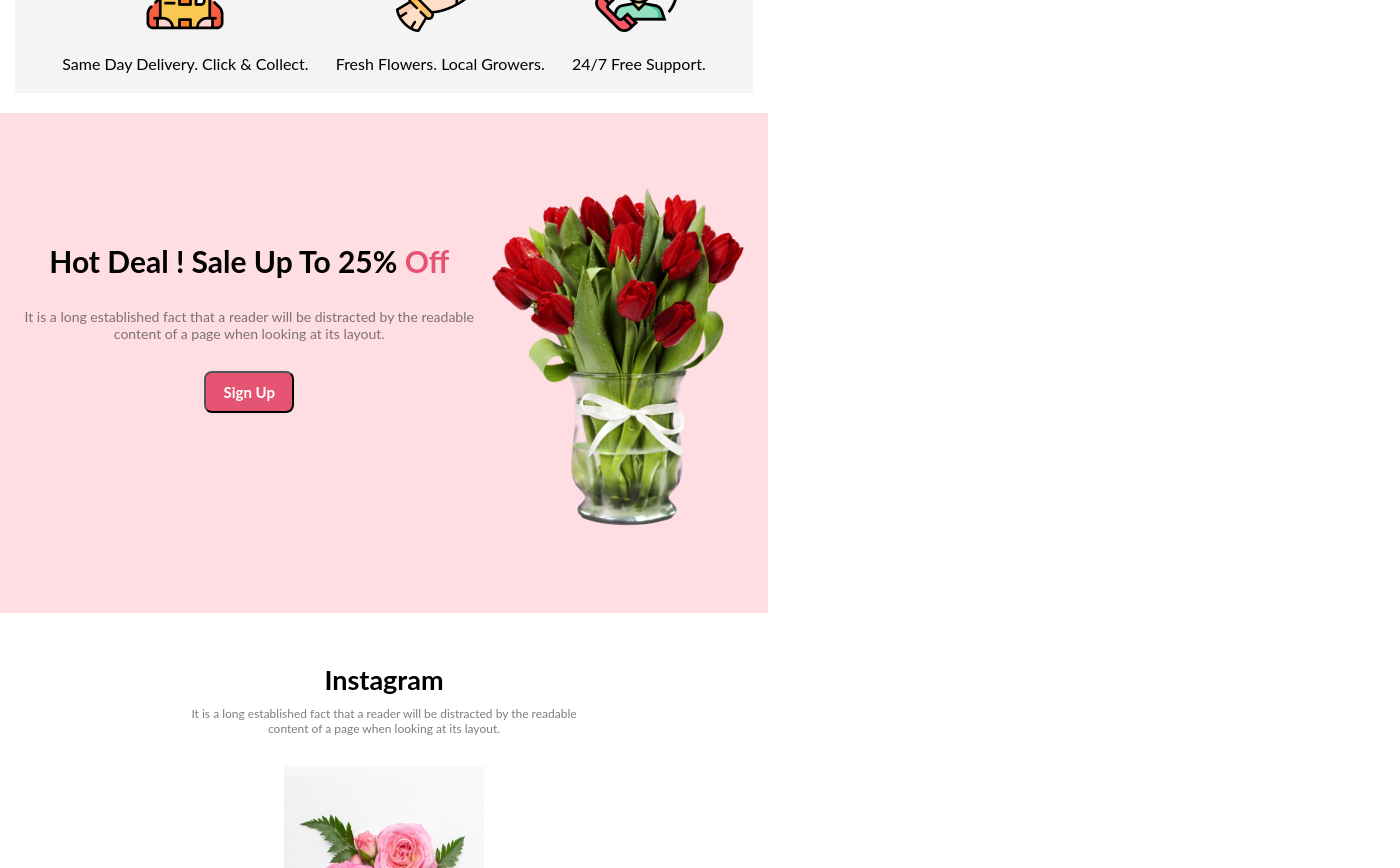
Repository: sadiaafsana138/Flower-Shop_Responsive
Page: index.html
The author's editor kept a copy of each file at every save. The page is drawn from the files as they stood at one save, then again after the next save.
The browser window is 768 px wide. The page is 1400 px wide, so the pictures cover 1400 px, including what lies to the right of the window. The pictures show the part of the page from y = 1914 to 2782 px (the page is 4954 px tall).

Above is the page before, as saved 2023-09-07 05:53:07.

### index.html
<!DOCTYPE html>
<html lang="en">

<head>
    <meta charset="UTF-8">
    <meta name="viewport" content="width=device-width, initial-scale=1.0">
    <title>Flower Shop</title>
    <link rel="stylesheet" href="Flower.css">
</head>
<body>
    <header>
        <section class="Section1">
            <div>
                <div id="HeaderText1">
                    <h1>
                        Let's make<br>beautiful flowers<br>a part of your life.
                    </h1>
                </div>
                <div id="HeaderText2">
                    <p>
                        It is a long established fact that a reader will be distracted by the readable<br>content of a
                        page when looking at its layout. The point of using Lorem Ipsum is<br>that it has a more-or-less
                        normal distribution of letters.
                    </p>
                </div>
                <button class="Main_button">
                    Shop Now
                </button>
            </div>
            <div class="flowerBanner">
                <img src="Images/1.png" alt="Cover image" height="500px" width="400px">
            </div>
        </section>
    </header>
    <main>
        <section class="Section2">
            <div>
                <div id="Section_2_header1">
                    <h1>
                        Our Featured Flowers
                    </h1>
                </div>
                <div>
                    <p id="Section_2_header2">
                        It is a long established fact that a reader will be distracted by the readable<br>content of a
                        page when looking at its layout.
                    </p>
                </div>
            </div>
            <div class="Section_2_pictures">
                <div id="sec2_pic1">
                    <img src="Images/2.png" alt="" height="250px" width="180px">
                    <br>
                    <br>
                    <a href="https://flowersourcebd.com/" target="_blank">
                        Pink flower Tree
                    </a>
                </div>
                <div id="sec2_pic2">
                    <img src="Images/3.png" alt="" height="250px" width="230px">
                    <br>
                    <br>
                    <a href="https://flowersourcebd.com/" target="_blank">
                        Multi flower Tree
                    </a>
                </div>
                <div id="sec2_pic3">
                    <img src="Images/4.png" alt="" height="250px" width="180px">
                    <br>
                    <br>
                    <a href="https://flowersourcebd.com/" target="_blank">
                        Yellow flower Tree
                    </a>
                </div>
            </div>
        </section>
        <section class="Section3">
            <div class="Sec3_pic">
                <div>
                    <img src="Images/5.png" alt="">
                    <br>
                    <br>
                    <p>Same Day Delivery. Click & Collect.</p>
                </div>
                <div>
                    <img src="Images/6.png" alt="">
                    <br>
                    <br>
                    <p>Fresh Flowers. Local Growers.</p>
                </div>
                <div>
                    <img src="Images/7.png" alt="">
                    <br>
                    <br>
                    <p>24/7 Free Support.</p>
                </div>
            </div>
        </section>
        <section class="Section4">
            <div>
                <div id="Sec4_text1">
                    <h1>
                        Hot Deal ! Sale Up To 25% <span id="off_color">Off</span>
                    </h1>
                </div>
                <br>
                <div id="Sec4_text2">
                    <p>
                        It is a long established fact that a reader will be distracted by the readable<br>content of a page when looking at its layout.
                    </p>
                </div>
                <br>
                <button class="Main_button">
                    Sign Up
                </button>
            </div>
            <div id="sec4_vas">
                <img src="Images/8.png" alt="" height="380px" width="300px">
            </div>
        </section>
        <section class="Section5">
            <div>
                <div id="Section_2_header1">
                    <h1>
                        Instagram
                    </h1>
                </div>
                <div>
                    <p id="Section_2_header2">
                        It is a long established fact that a reader will be distracted by the readable<br>content of a
                        page when looking at its layout.
                    </p>
                </div>
            </div>
            <div class="Section_2_pictures">
                <div>
                    <img src="Images/9.png" alt="" height="250px" width="200px">
                </div>
                <div>
                    <img src="Images/10.png" alt="" height="250px" width="200px">
                </div>
                <div>
                    <img src="Images/11.png" alt="" height="250px" width="200px">
                </div>
                <div>
                    <img src="Images/12.png" alt="" height="250px" width="200px">
                </div>
            </div>
        </section>
        <section class="Section6">
            <div>
                <img src="Images/14.png" alt="" height="320px" width="700px">
                <br>
                <button class="ways">
                    See more
                </button>
            </div>
            <div>
                <img src="Images/15.png" alt="" height="320px" width="700px">
                <br>
                <input type="text" placeholder="Write your meessage here" size="50">
                <button class="message">
                    Submit
                </button>
            </div>
        </section>
        <section class="Section7">
            <div class="Sec7">
                <div id="Section_2_header1">
                    <h1>
                        Get The Latest Deals
                    </h1>
                </div>
                <div>
                    <p id="Section_2_header2">
                        $30 coupon for first shopping
                    </p>
                </div>
                <div>
                    <input type="email" placeholder="Input your Email Id here" size="50">
                <button class="message">
                    Subscribe
                </button>
                </div>
            </div>
        </section>
    </main>
    <footer>
        <section class="Section8">
            <div>
                <div id="Sec4_text1">
                    <h1>
                        <span id="off_color">Flower</span><span class="white_color">Shop</span>
                    </h1>
                </div>
                <br>
                <div id="Sec4_text2">
                    <p class="white_color">
                        It is a long established fact that a reader will be distracted by the readable<br>content of a page when looking at its layout.
                    </p>
                    <br>
                    <p id="assh">
                        @2020-2023, FlowerShop.com. All rights reserved
                    </p>
                </div>
            </div>
        </section>
    </footer>
</body>
</html>

### Flower.css
*{
    margin:0px;
    font-family: Lato;
    font-style: normal;
}
/*Section 1*/
.Section1{
    background-color: rgb(255, 222, 227);
    height:500px;
    width: 100%;
    display: flex;
    justify-content: space-around;
}
#HeaderText1{
    padding: 100px 70px 5px 100px;
    font-size:  25px;
    font-weight: 800;

}
#HeaderText2{
    padding: 10px 0px 5px 100px;
    font-size:  12px;
    font-weight: 400;
    color:rgba(39, 39, 39, 0.60);
}
.Main_button{
    border-radius: 8px;
    background: #E55473;
    color: #FFF;
    font-size: 15px;
    font-weight: 700;
    padding: 10px 17px;
    margin: 10px 0px 0px 100px;
}
/*Section 2*/
#Section_2_header1{
    padding: 50px 0px 10px 0px;
    font-size:  18px;
    font-weight: 800;
    text-align: center;
}
#Section_2_header2{
    font-size:  12px;
    font-weight: 400;
    color:rgba(39, 39, 39, 0.60);
    text-align: center;
}
.Section_2_pictures{
    margin: 30px 150px 0px;
    justify-content: space-around;
    display: flex;
}
#sec2_pic1{
    border-radius: 300px 300px 0px 0px;
    background: rgba(167, 33, 98, 0.15);
    height:250px ;
    width: 230px;
    padding: 80px 30px 0px 30px;
    text-align: center;
}
#sec2_pic2{
    border-radius: 300px 300px 0px 0px;
    background:rgba(5, 151, 160, 0.15);
    height: 250px;
    width: 230px;
    padding: 80px 30px 0px 30px;
    text-align: center;
}
#sec2_pic3{
    border-radius: 300px 300px 0px 0px;
    background: rgba(71, 125, 17, 0.15);
    height: 250px;
    width: 230px;
    padding: 80px 30px 0px 30px;
    text-align: center;

}
/*Section 3*/
.Sec3_pic{
    background: rgba(39, 39, 39, 0.05);
    margin: 100px 185px 0px;
    padding: 50px 0px 30px;
    justify-content: space-around;
    display: flex;
    text-align: center;
}
/* Section 4 */
.Section4{
    margin-top: 50px;
    background-color: rgb(255, 222, 227);
    height:500px;
    width: 100%;
    display: flex;
    justify-content: space-around;
    text-align: center;
}
#Sec4_text1{
    padding: 200px 70px 5px 170px;
    font-size:25px;
    font-weight: 800;
}
#Sec4_text2{
    padding: 10px 0px 0px 100px;
    font-size:  15px;
    font-weight: 400;
    color:rgba(39, 39, 39, 0.60);
}
#off_color{
    color: #E55473;
}
#sec4_vas{
    padding: 100px 120px ;
}
/*section 6 */
.Section6{
    margin-top: 50px;
    background-color: rgb(255, 222, 227);
    height:400px;
    width: 100%;
    display: flex;
    justify-content: space-around;
}
.message{
    border-radius: 8px;
    background: #E55473;
    color: #FFF;
    font-size: 15px;
    font-weight: 700;
    padding: 10px 25px;
    margin: 10px 0px 0px 10px;
}
.ways{
    border-radius: 8px;
    background: #E55473;
    color: #FFF;
    font-size: 15px;
    font-weight: 700;
    padding: 10px 30px;
    margin: 10px 250px ;
}
/*section 7*/
.Section7{
    background-image: url(Images/13.png);
    margin: 100px 185px 0px;
}
.Sec7{
    padding: 50px 0px 30px;
    text-align: center;
}
/*Section 8*/
.Section8{
    margin-top: 50px;
    background-color: rgb(0, 0, 0);
    height:400px;
    width: 100%;
    text-align: center;

}
.white_color{
    color: #FFF;
}
#assh{
    color: rgba(169, 169, 169, 0.589);
}




/*Responsive*/
/*Tab*/
@media screen and (min-width:768px) and (max-width:992px) {
    .Section1{
    height:505px;
    justify-content: space-evenly;
    }
    #HeaderText1{
        padding: 100px 10px 10px 10px;
    }
    #HeaderText2{
        padding: 10px;
    }
    .Main_button{
        margin: 10px 0px 0px 10px;
    }
    .flowerBanner img{
        max-width:100% ;
        height: auto;
    }
    .Section2{
        padding:10px;
    }
    .Section_2_pictures{
        margin: 30px 150px 0px;
        justify-content: space-evenly;
    }
    .Section4{
        margin-top: 20px;
        justify-content: space-evenly;
    }
    #Sec4_text1{
        padding: 130px 0px 5px 10px;
        font-size:20px;
    }
    #Sec4_text2{
        padding: 5px 0px 0px 10px;
        font-size:  14px;
    }
    #sec4_vas{
        padding: 70px 100px ;
    }

}







/*Mobile*/
@media screen and (max-width:768px) {
    .Section1{
        height:505px;
        justify-content: space-evenly;
        }
        #HeaderText1{
            padding: 100px 10px 10px 10px;
            font-size:  18px;
        }
        #HeaderText2{
            padding: 10px;
        }
        .Main_button{
            margin: 10px 0px 0px 10px;
        }
        .flowerBanner img{
            max-width:100% ;
            height: 450px;
        }
        .Section_2_pictures{

            align-items: center;
            flex-direction: column;

        }
        #sec2_pic1,#sec2_pic2,#sec2_pic3{
            margin-bottom:50px;
        }
        .Sec3_pic{
            margin: 20px 15px;
            padding: 20px;
            justify-content: space-evenly;
        }
        .Section4{
            margin-top: 20px;
            justify-content: space-evenly;
        }
        #Sec4_text1{
            padding: 130px 0px 5px 10px;
            font-size:20px;
        }
        #Sec4_text2{
            padding: 5px 0px 0px 10px;
            font-size:  14px;
        }
        #sec4_vas{
            padding: 70px 0px ;
        }
        #sec4_vas img{
            width:100% ;
            height: 350px;
        }
}

After the next save:
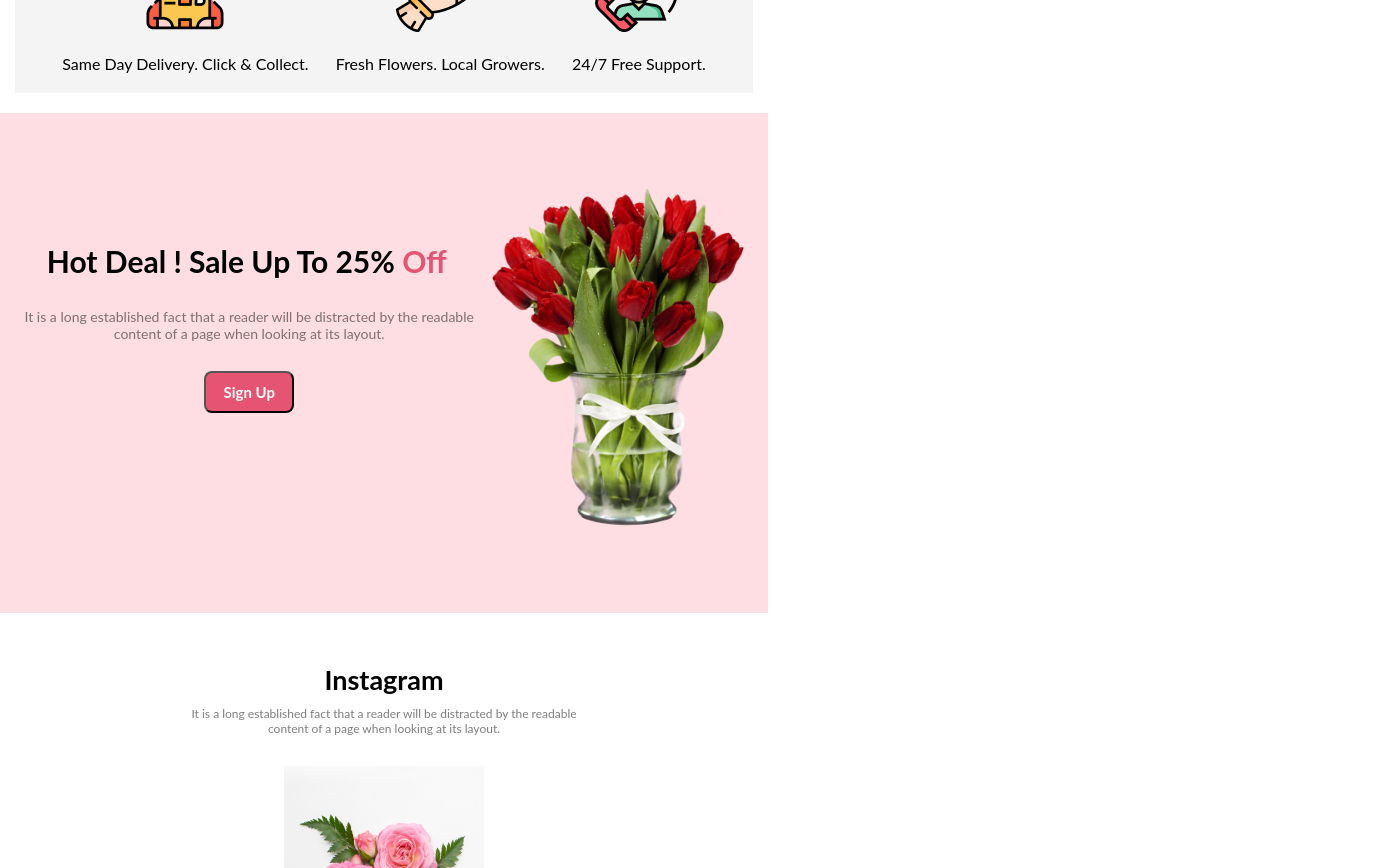
Saved 37 s later.
--- a/Flower.css
+++ b/Flower.css
@@ -256,7 +256,7 @@
             justify-content: space-evenly;
         }
         #Sec4_text1{
-            padding: 130px 0px 5px 10px;
+            padding: 130px 0px 5px 5px;
             font-size:20px;
         }
         #Sec4_text2{
